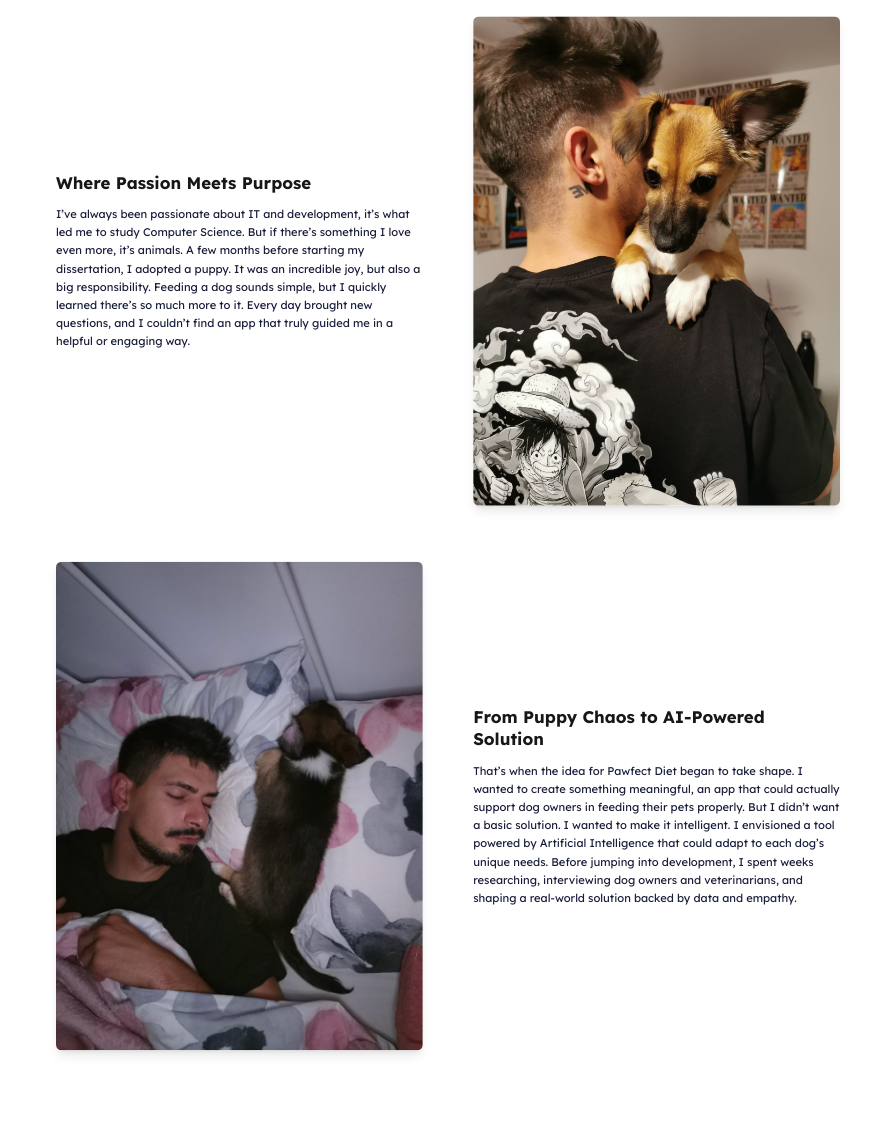
Repository: Emanuele-Sgroi/Pawfect-Diet-App-Showcase
Page: /
An editor plug-in stored every save of this project. The page is shown before and after the next save, followed by the edit.
The browser window is 1280 px wide. The pictures show the part of the page from y = 809 to 2729 px (the page is 2421 px tall before and 2729 px after), at 70% of full size.
The project was rebuilt for these pictures with package versions that can differ from the ones it lists, and the page was loaded fresh each time. The framework's server and built-in components were replaced by stand-ins that run in the browser. Also part of the build but not shown: next.config.mjs.

Above is the page before, as saved 2025-04-18 16:17:53.

### src/app/page.js
import HeroSection from "@/components/HeroSection";
import AboutSectionBlock from "@/components/AboutSectionBlock";
import images from "@/utils/importImages";

export default function Home() {
  return (
    <main>
      <HeroSection />
      <section
        id="about"
        className="min-h-screen px-4 sm:px-6 py-12 md:py-28 bg-white"
      >
        <div className="max-w-6xl mx-auto">
          <AboutSectionBlock
            title="Where Passion Meets Purpose"
            text="I’ve always been passionate about IT and development, it’s what led me to study Computer Science. But if there’s something I love even more, it’s animals. A few months before starting my dissertation, I adopted a puppy. It was an incredible joy, but also a big responsibility. Feeding a dog sounds simple, but I quickly learned there’s so much more to it. Every day brought new questions, and I couldn’t find an app that truly guided me in a helpful or engaging way."
            image={images.about1}
          />
          <div className="my-12 md:my-20" />
          <AboutSectionBlock
            title="From Puppy Chaos to AI-Powered Solution"
            text="That’s when the idea for Pawfect Diet began to take shape. I wanted to create something meaningful, an app that could actually support dog owners in feeding their pets properly. But I didn’t want a basic solution. I wanted to make it intelligent. I envisioned a tool powered by Artificial Intelligence that could adapt to each dog’s unique needs. Before jumping into development, I spent weeks researching, interviewing dog owners and veterinarians, and shaping a real-world solution backed by data and empathy."
            image={images.about2}
            reverse
          />
        </div>
      </section>
    </main>
  );
}

### src/app/globals.css
@import url("https://fonts.googleapis.com/css2?family=Chewy&family=Cormorant+Garamond:ital,wght@0,300;0,400;0,500;0,600;0,700;1,300;1,400;1,500;1,600;1,700&family=Cormorant:ital,wght@0,300..700;1,300..700&family=Montserrat:ital,wght@0,100..900;1,100..900&family=Poppins:ital,wght@0,100;0,200;0,300;0,400;0,500;0,600;0,700;0,800;0,900;1,100;1,200;1,300;1,400;1,500;1,600;1,700;1,800;1,900&family=Roboto:ital,wght@0,100..900;1,100..900&display=swap");
@import url("https://fonts.googleapis.com/css2?family=Lexend:wght@100..900&display=swap");

@import "tailwindcss";

@import "swiper/css";

:root {
  --background: #ffffff;
  --foreground: #171717;

  --text-primary: #171717;
  --text-secondary: #181c39;
  --text-light: #ffffff;
}

.chewy-font {
  font-family: "Chewy", system-ui;
  font-style: normal;
}

.lexend-font {
  font-family: "Lexend", sans-serif;
  font-optical-sizing: auto;
  font-style: normal;
}

body {
  background: var(--background);
  color: var(--text-primary);
  font-family: "Lexend", sans-serif;
}

.text-primary {
  color: var(--text-primary);
}

.text-secondary {
  color: var(--text-secondary);
}

.text-light {
  color: var(--text-light);
}

.white_outline {
  text-shadow: 2px 2px 0 #ffffff, 2px -2px 0 #ffffff, -2px 2px 0 #ffffff,
    -2px -2px 0 #ffffff, 2px 0px 0 #ffffff, 0px 2px 0 #ffffff,
    -2px 0px 0 #ffffff, 0px -2px 0 #ffffff;
}

### src/components/HeroSection.js
"use client";

import Image from "next/image";
import { Link as ScrollLink } from "react-scroll";
import { FaChevronDown } from "react-icons/fa";
import images from "@/utils/importImages";

export default function HeroSection() {
  return (
    <section
      id="hero"
      className="relative h-screen w-full flex flex-col justify-center items-center text-white p-6"
    >
      {/* Background Image */}
      <Image
        src={images.hero_bg}
        alt="Hero Background"
        fill
        className="object-cover"
        priority
      />

      {/* Overlay */}
      <div className="absolute inset-0 bg-black/40 z-10" />

      {/* Centered Logo */}
      <div className="z-20 flex flex-col items-center">
        <Image
          src={images.logo_white}
          alt="App Logo"
          width={200}
          height={200}
          className="mb-4 w-[100px] h-auto max-w-[80%]"
        />
        <h1 className="max-[500px]:text-[39px] text-6xl md:text-8xl chewy-font font-bold text-center text-secondary white_outline">
          Pawfect Diet
        </h1>
        <h2 className="mt-4 font-extrabold text-[18px] sm:text-[22px] max-w-[650px] text-center">
          Advancing Canine Nutrition with AI-Driven Personalised Solutions in a
          Mobile Application
        </h2>
        <div className="bg-white w-full h-px max-w-[450px] my-6" />
        <p className="text-[16px] sm:text-[20px] max-w-[650px] text-center text-secondary white_outline">
          A Computer Science Dissertation Project by{" "}
          <a
            href="https://www.emanuelesgroi.com/"
            target="_blank"
            rel="noopener noreferrer"
            className="font-bold hover:opacity-80 transition"
          >
            Emanuele Sgroi
          </a>
        </p>
      </div>

      {/* Scroll Arrow */}
      <ScrollLink
        to="about"
        smooth={true}
        duration={500}
        className="absolute bottom-10 z-20 cursor-pointer"
      >
        <FaChevronDown className="text-3xl animate-bounce" />
      </ScrollLink>
    </section>
  );
}

### src/components/AboutSectionBlock.js
// components/AboutSectionBlock.jsx
import Image from "next/image";

export default function AboutSectionBlock({
  title,
  text,
  image,
  reverse = false,
}) {
  return (
    <div
      className={`flex flex-col md:flex-row items-center justify-between gap-10 ${
        reverse ? "md:flex-row-reverse" : ""
      }`}
    >
      {/* Text */}
      <div className="w-full md:w-1/2 text-primary px-4">
        <h3 className="text-2xl font-bold mb-4">{title}</h3>
        <p className="text-base leading-relaxed text-secondary">{text}</p>
      </div>

      {/* Image */}
      <div className="w-full md:w-1/2 px-4">
        <Image
          src={image}
          alt={title}
          className="rounded-lg shadow-lg object-cover"
          width={600}
          height={400}
        />
      </div>
    </div>
  );
}

### src/utils/importImages.js
import hero_bg from "../../public/images/hero_bg.jpg";
import logo_white from "../../public/images/logo_white.png";
import about1 from "../../public/images/about1.jpg";
import about2 from "../../public/images/about2.jpg";

const images = { hero_bg, logo_white, about1, about2 };

export default images;

Loaded but not shown: src/app/layout.js (common file)

After the next save:
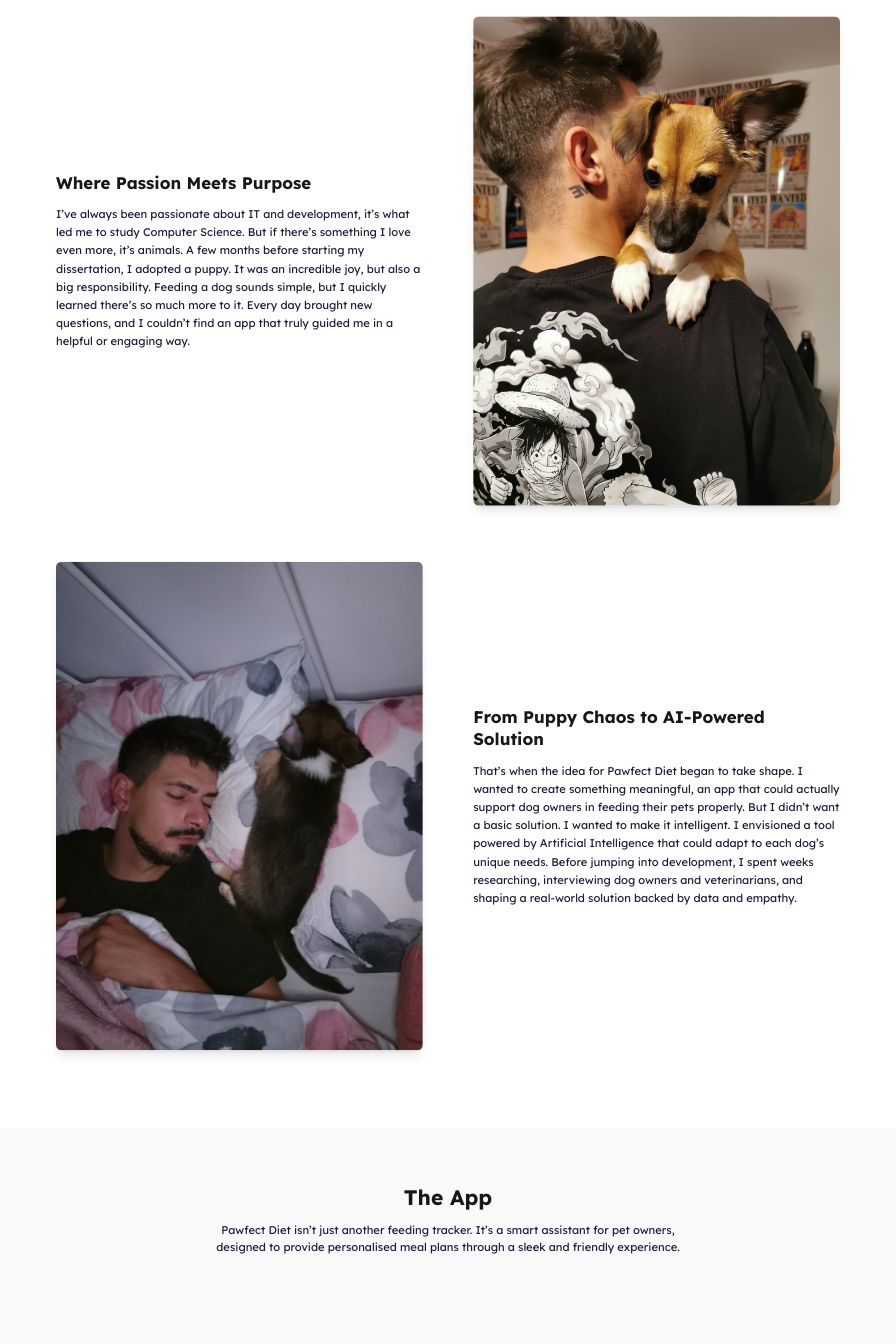
Saved 33 s later.
--- a/src/app/page.js
+++ b/src/app/page.js
@@ -25,6 +25,18 @@
           />
         </div>
       </section>
+      <section id="features" className="py-20 px-6 bg-[#f9f9f9] text-primary">
+        <div className="max-w-6xl mx-auto text-center mb-12">
+          <h2 className="text-3xl font-bold mb-4">The App</h2>
+          <p className="text-secondary max-w-2xl mx-auto">
+            Pawfect Diet isn’t just another feeding tracker. It’s a smart
+            assistant for pet owners, designed to provide personalised meal
+            plans through a sleek and friendly experience.
+          </p>
+        </div>
+
+        {/* Feature blocks go here */}
+      </section>
     </main>
   );
 }
